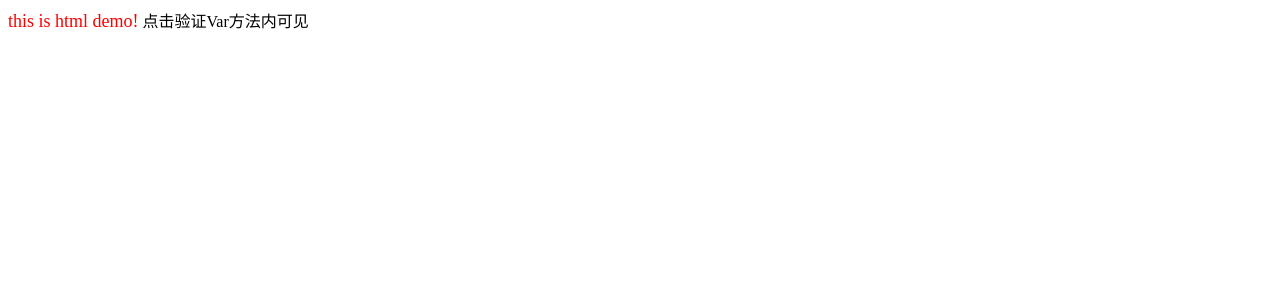
Repository: gavin2010/Frontend_html
Page: demo.html
These files come from the project's save history. The page is drawn as it stood at one moment and after the next save; the edit follows.
The browser window is 1280 px wide. The pictures show the whole page.

Above is the page before, as saved 2023-03-04 02:49:53.
Console error: ReferenceError: bodyOnload is not defined

After the next save:
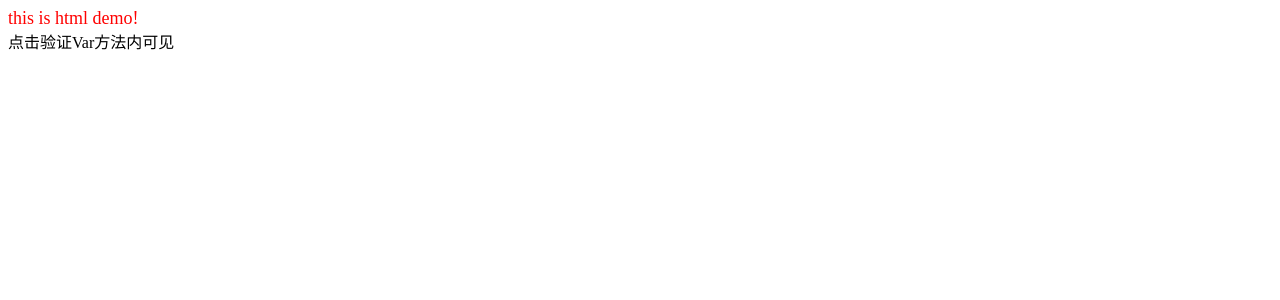
Saved 15 s later.
--- a/demo.html
+++ b/demo.html
@@ -10,7 +10,8 @@
 </head>
 <body onload="bodyOnload()">
     <span id="a" onclick="myclick();" > this is html demo!</span>
+    <div>
     <span onclick="verifyVarFun();" >点击验证Var方法内可见</span>
-
+</div>
 </body>
 </html>
